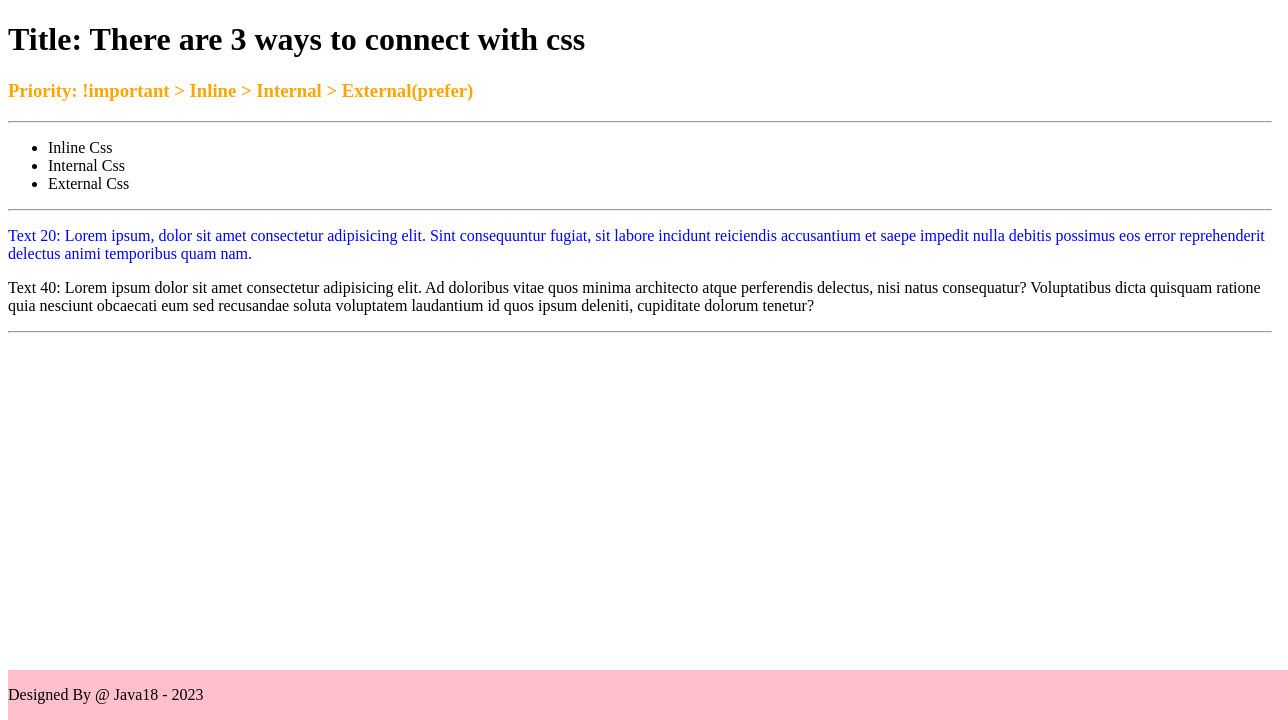
Repository: j4tdn/java18-repository
Page: 2. CSS3/ex02-css-selector-class-id.html
The author's editor kept a copy of each file at every save. The page is drawn from the files as they stood at one save, then again after the next save.
The browser window is 1280 px wide. The page is 1288 px wide, so the pictures cover 1288 px, including what lies to the right of the window. The pictures show the whole page.

Above is the page before, as saved 2023-10-21 17:55:03.

### 2. CSS3/ex02-css-selector-class-id.html
<!DOCTYPE html>
<html lang="en">
  <head>
    <meta charset="UTF-8" />
    <meta name="viewport" content="width=device-width, initial-scale=1.0" />
    <title>Ex02 - Css Selector class id</title>
    <link rel="stylesheet" href="css/style-base.css" />
    <link rel="stylesheet" href="css/utils.css" />
  </head>
  <body>
    <!-- html comments -->
    <div id="page-header">
      <h1>Title: There are 3 ways to connect with css</h1>
      <h3 class="text-orange">
        Priority: !important > Inline > Internal > External(prefer)
      </h3>
    </div>

    <hr />

    <div id="page-main">
      <ul>
        <li>Inline Css</li>
        <li>Internal Css</li>
        <li>External Css</li>
      </ul>
      <hr />
      <p class="text-blue">
        Text 20: Lorem ipsum, dolor sit amet consectetur adipisicing elit. Sint
        consequuntur fugiat, sit labore incidunt reiciendis accusantium et saepe
        impedit nulla debitis possimus eos error reprehenderit delectus animi
        temporibus quam nam.
      </p>
      <p>
        Text 40: Lorem ipsum dolor sit amet consectetur adipisicing elit. Ad
        doloribus vitae quos minima architecto atque perferendis delectus, nisi
        natus consequatur? Voluptatibus dicta quisquam ratione quia nesciunt
        obcaecati eum sed recusandae soluta voluptatem laudantium id quos ipsum
        deleniti, cupiditate dolorum tenetur?
      </p>
    </div>

    <hr />

    <div id="page-footer">
      <p>Designed By @ Java18 - 2023</p>
    </div>
  </body>
</html>

### 2. CSS3/css/style-base.css
/* CSS SELECTOR CLASS ID */
/* Chỉ có thẻ p với class là text20 mới ăn */
/* p[class="text20"] {
  color: blue;
} */
/* p.text20 {
  color: blue;
} */
/* Tất cả tag với class là text20 */
/* .text20 {
  color: blue;
} */

#page-footer {
  position: absolute;
  bottom: 0;
  width: 100%;
  height: ;
  background-color: pink;
}

### 2. CSS3/css/utils.css
.text-green {
  color: green;
}
.text-blue {
  color: blue;
}
.text-orange {
  color: orange;
}

After the next save:
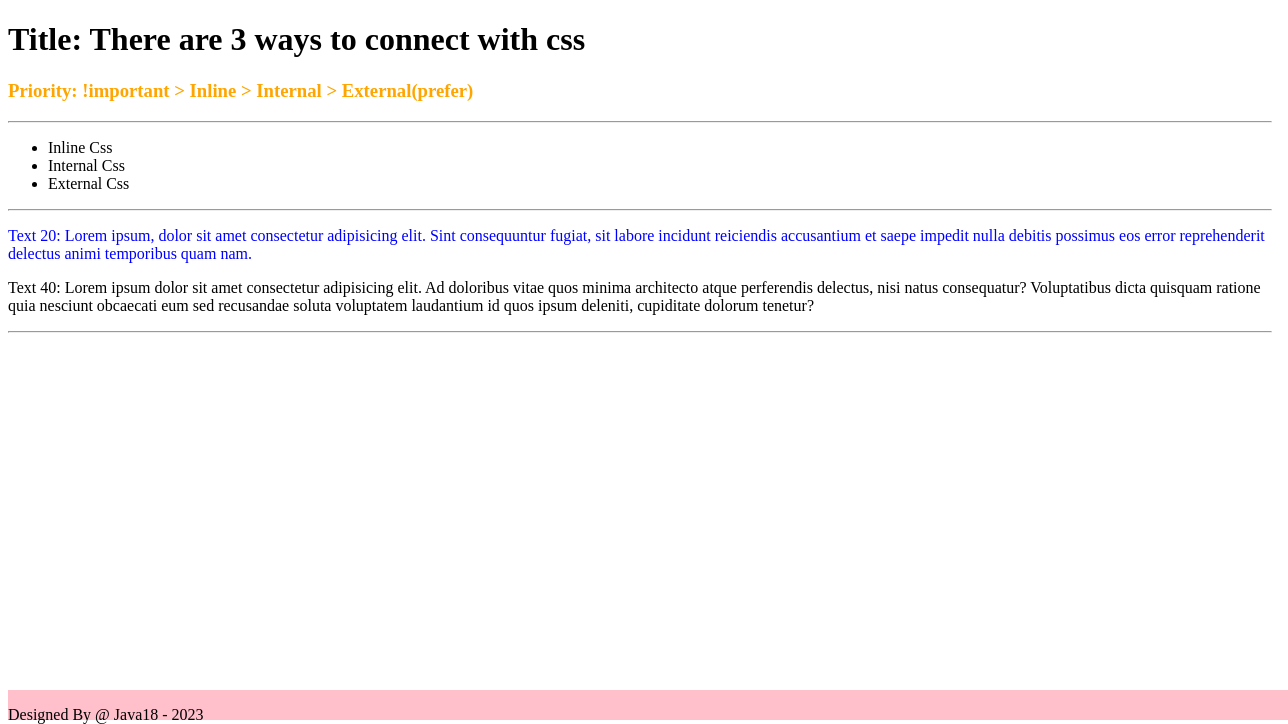
Saved 23 s later.
--- a/2. CSS3/css/style-base.css
+++ b/2. CSS3/css/style-base.css
@@ -15,6 +15,6 @@
   position: absolute;
   bottom: 0;
   width: 100%;
-  height: ;
+  height: 30px;
   background-color: pink;
 }
